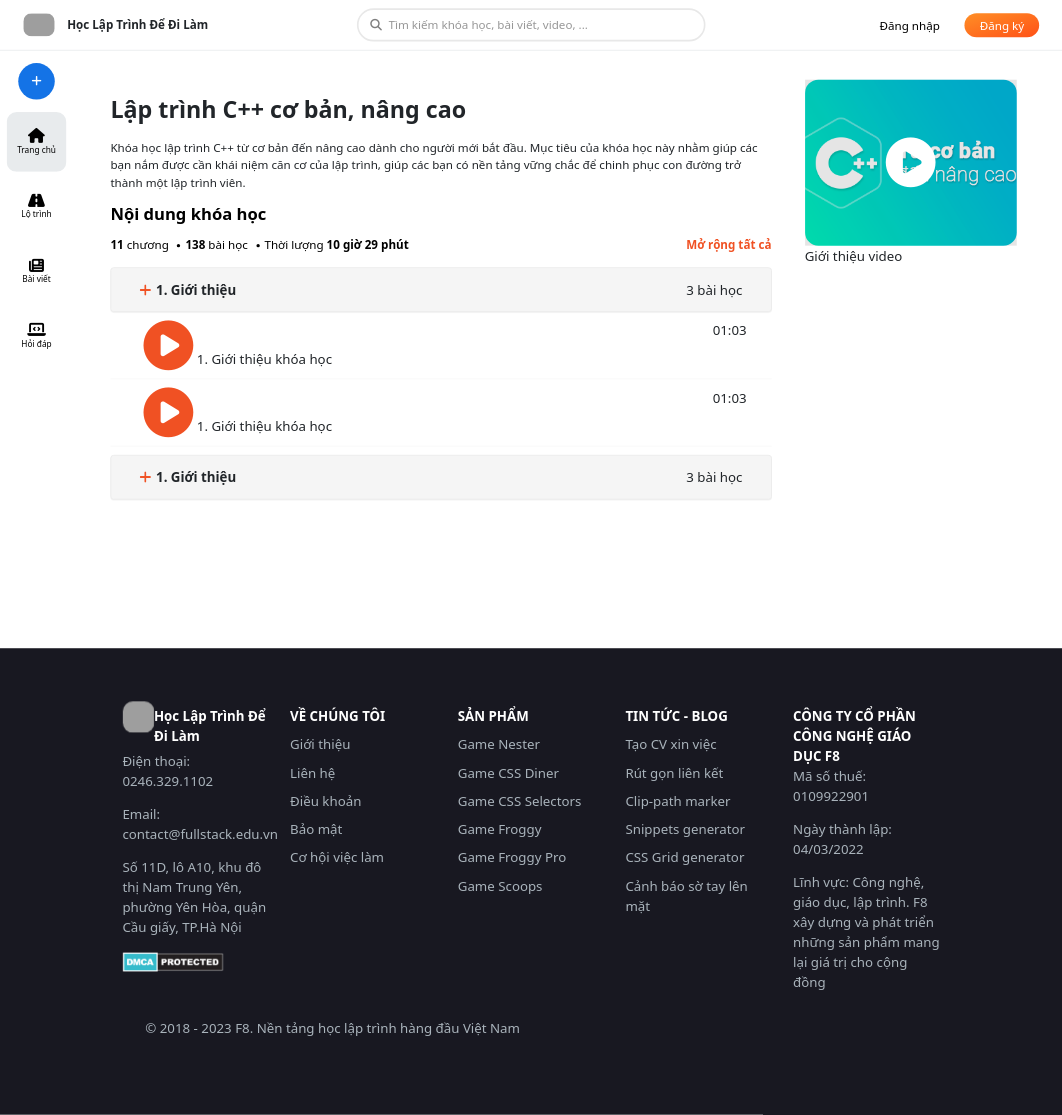
Repository: Quoc-Thang/projectasm
Page: introcourse.html
These files come from the project's save history. The page is drawn as it stood at one moment and after the next save; the edit follows.
The browser window is 1280 px wide. The pictures show the whole page, at 83% of full size.
Pictures or frames that could not be fetched are drawn as grey boxes. Some web libraries are served in a nearby version.

Above is the page before, as saved 2023-11-30 22:42:17.

### introcourse.html
<!DOCTYPE html>
<html lang="vi">
  <head>
    <meta charset="UTF-8" />
    <meta name="viewport" content="width=device-width, initial-scale=1.0" />
    <title>F8 - Học lập trình để đi làm</title>
    <!-- Preconnect -->
    <link rel="preconnect" href="https://unpkg.com/aos@2.3.1" />
    <link
      rel="preconnect"
      href="https://cdn.jsdelivr.net/npm/bootstrap@5.3.2" />
    <link rel="preconnect" href="https://kit.fontawesome.com" />
    <link rel="preconnect" href="https://fonts.googleapis.com" />
    <link rel="preconnect" href="https://fonts.gstatic.com" crossorigin />

    <!-- AOS -->
    <link href="https://unpkg.com/aos@2.3.1/dist/aos.css" rel="stylesheet" />

    <!-- Bootstrap -->
    <link
      href="https://cdn.jsdelivr.net/npm/bootstrap@5.3.2/dist/css/bootstrap.min.css"
      rel="stylesheet"
      integrity="sha384-T3c6CoIi6uLrA9TneNEoa7RxnatzjcDSCmG1MXxSR1GAsXEV/Dwwykc2MPK8M2HN"
      crossorigin="anonymous" />

    <!-- Google Fonts -->
    <link
      href="https://fonts.googleapis.com/css2?family=Poppins:wght@100;200;300;400&family=Roboto:wght@100;300;400&display=swap"
      rel="stylesheet" />

    <!-- CSS -->
    <link rel="stylesheet" href="./view/assets/css/reset.css" />
    <link rel="stylesheet" href="./view/assets/css/synthetic.css" />
    <link rel="stylesheet" href="./view/assets/css/header.css" />
    <link rel="stylesheet" href="./view/assets/css/nav.css" />
    <link rel="stylesheet" href="./view/assets/css/slider.css" />
    <link rel="stylesheet" href="./view/assets/css/wrappercontent.css" />
    <link rel="stylesheet" href="./view/assets/css/footer.css" />
    <link rel="stylesheet" href="./view/assets/css/introcourse.css">
  </head>

  <body>
    <!-- Content -->
    <div id="wrapper">
      <!-- Header -->
      <header>
        <div class="row wrap-header">
          <!-- Logo Website -->
          <div class="col-4">
            <div class="logo">
              <a href="/">
                <img src="./view/assets/image/Logo.png" alt="Logo Website" />
              </a>
              <h4 class="logoTxt">Học Lập Trình Để Đi Làm</h4>
            </div>
          </div>

          <!-- Search -->
          <div class="col-4">
            <div class="form-search">
              <form action="" method="post">
                <div class="form">
                  <button type="submit">
                    <i class="fa-solid fa-magnifying-glass"></i>
                  </button>
                  <input
                    type="search"
                    placeholder="Tìm kiếm khóa học, bài viết, video, ..."
                    name="searchTxt"
                    id="search-input"
                    autocomplete="off"
                    />
                </div>
              </form>
              <div class="card-search">
                <div class="heading-card-search">
                  <i class="fa-solid fa-magnifying-glass"></i>
                  <span>Kết quả tìm kiếm cho:</span>
                </div>
                <div class="content-card-search">
                  <div class="title-content">
                    <h2>
                      Khóa học
                    </h2>
                    <a href="#">
                      Xem thêm
                    </a>
                  </div>
                  <ul class="main-content" id="apiData">
                    <li>
                      <a href="#">
                        <img src="./view/assets/image/htmlcsszerohero.png" alt="Image course">
                        <span>
                          HTML, CSS từ cơ bản đến nâng cao
                        </span>
                      </a>
                    </li>
                    <li>
                      <a href="#">
                        <img src="./view/assets/image/htmlcsspro.png" alt="Image course">
                        <span>
                          HTML, CSS Pro
                        </span>
                      </a>
                    </li>
                    <li>
                      <a href="#">
                        <img src="./view/assets/image/sass.png" alt="Image course">
                        <span>
                          Ngôn ngữ tiền xử lý sass
                        </span>
                      </a>
                    </li>
                  </ul>
                </div>
              </div>
            </div>
          </div>

          <!-- Account -->
          <div class="col-4">
            <div class="account">
              <div class="login">
                <a class="openLogin" href="javascript:void(0)"> Đăng nhập </a>
              </div>
              <div class="signup">
                <a class="openSignup" href="javascript:void(0)"> Đăng ký </a>
              </div>
            </div>
          </div>
        </div>
      </header>

      <main id="main-content">
        <!-- Sidebar -->
        <nav class="menu-sidebar">
          <div class="sidebar">
            <div id="news-post" onclick="newsPost()">
              <a id="rotate" href="javascript:void(0)">
                <i class="fa-solid fa-plus"></i>
              </a>
              <span id="model-news">Thêm tin tức mới</span>
            </div>
            <ul>
              <li>
                <a class="menu-sidebar active" href="#">
                  <i class="fa-solid fa-house"></i>
                  <span class="txt-menu"> Trang chủ </span>
                </a>
              </li>
              <li>
                <a class="menu-sidebar" href="#">
                  <i class="fa-solid fa-road"></i>
                  <span class="txt-menu"> Lộ trình </span></a
                >
              </li>
              <li>
                <a class="menu-sidebar" href="#">
                  <i class="fa-solid fa-newspaper"></i>
                  <span class="txt-menu"> Bài viết </span></a
                >
              </li>
              <li>
                <a class="menu-sidebar" href="#">
                  <i class="fa-solid fa-laptop-code"></i>
                  <span class="txt-menu"> Hỏi đáp </span></a
                >
              </li>
            </ul>
          </div>
        </nav>

        <!-- Article -->
        <article id="main">

          <!-- Wrapper Content Main -->
          <div class="wrapper-content">
            <div class="intro-course">
              <div class="content-course">
                <div class="heading-course">
                  <h1 class="title-heading-course">
                    Lập trình C++ cơ bản, nâng cao
                  </h1>
                  <p class="desc-course">
                    Khóa học lập trình C++ từ cơ bản đến nâng cao dành cho người mới bắt đầu. Mục tiêu của khóa học này nhằm giúp các bạn nắm được cần khái niệm căn cơ của lập trình, giúp các bạn có nền tảng vững chắc để chinh phục con đường trở thành một lập trình viên.
                  </p>
                </div>
                <div class="main-content-course">
                  <div class="content-course-top">
                    <h2 class="title-course">
                      Nội dung khóa học
                    </h2>
                    <div class="desc-content-course">
                      <ul>
                        <li>
                          <a href="#">
                            <strong>
                              11
                            </strong>
                            chương
                          </a>
                        </li>
                        <li>
                          <a href="#">
                            <strong>
                              138
                            </strong>
                            bài học
                          </a>
                        </li>
                        <li>
                          <a href="#">
                            Thời lượng
                            <strong>
                              10 giờ 29 phút
                            </strong>
                          </a>
                        </li>
                      </ul>
                      <a class="read-more" href="#">
                        Mở rộng tất cả
                      </a>
                    </div>
                  </div>

                    <div class="list-panels-course">
                      <div class="list-panel-course">
                        <div class="panel-left">
                          <div class="icon-panel">
                              <i class="fa-solid fa-plus" style="color: #f05123;"></i>
                              <i class="fa-solid fa-minus" style="color: #f05123;"></i>
                          </div>
                          <span>
                            1. Giới thiệu
                          </span>
                        </div>
                        <div class="panel-right">
                          <span>
                            3 bài học
                          </soan>
                        </div>
                      </div>

                      <!-- List tab panel -->
                      <div class="list-tab-panel">
                        <!-- Tab panel -->
                        <div class="tab-panel">
                          <span class="desc-panel">
                            <i class="fa-solid fa-circle-play" style="color: #f05123;"></i>
                            1. Giới thiệu khóa học
                          </span>
                          <span class="desc-time">
                            01:03
                          </span>
                        </div>

                        <div class="tab-panel">
                          <span class="desc-panel">
                            <i class="fa-solid fa-circle-play" style="color: #f05123;"></i>
                            1. Giới thiệu khóa học
                          </span>
                          <span class="desc-time">
                            01:03
                          </span>
                        </div>
                      </div>
                    </div>

                    <div class="list-panels-course">
                      <div class="list-panel-course">
                        <div class="panel-left">
                          <div class="icon-panel">
                              <i class="fa-solid fa-plus" style="color: #f05123;"></i>
                              <i class="fa-solid fa-minus" style="color: #f05123;"></i>
                          </div>
                          <span>
                            1. Giới thiệu
                          </span>
                        </div>
                        <div class="panel-right">
                          <span>
                            3 bài học
                          </soan>
                        </div>
                      </div>
                    <!-- List tab panel -->
                    <div class="list-tab-panel">
                      <!-- Tab panel -->
                      <div class="tab-panel">
                        <span class="desc-panel">
                          <i class="fa-solid fa-circle-play" style="color: #f05123;"></i>
                          1. Giới thiệu khóa học
                        </span>
                        <span class="desc-time">
                          01:03
                        </span>
                      </div>

                      <div class="tab-panel">
                        <span class="desc-panel">
                          <i class="fa-solid fa-circle-play" style="color: #f05123;"></i>
                          1. Giới thiệu khóa học
                        </span>
                        <span class="desc-time">
                          01:03
                        </span>
                      </div>
                    </div>
                  </div>
                </div>
              </div>
              <div class="intro-video-course">
                <div class="first-intro-video-course">
                  <div class="img-video-course">
                    <div class="icon-play">
                      <i class="fa-solid fa-circle-play" style="color: #fff;"></i>
                    </div>
                  </div>
                  <p class="see-intro-course">Giới thiệu video</p>
                </div>
                <div class="second-intro-video-course"></div>
              </div>
            </div>
          </div>
        </article>
      </main>

      <!-- Footer -->
      <footer>
        <div class="content-footer">
          <!-- Footer top -->
          <div class="footer-top">
            <!-- Slogan -->
            <div class="slogan content-column-footer">
              <div class="footer-slogan title-footer">
                <figure>
                  <img src="./view/assets/image/Logo.png" alt="Logo Website" />
                </figure>
                <figcaption>
                  <span class="txt-slogan"> Học lập trình để đi làm </span>
                </figcaption>
              </div>
              <div class="footer-contact-list">
                <ul>
                  <li>
                    <p>Điện thoại: 0246.329.1102</p>
                  </li>
                  <li>
                    <p>Email: contact@fullstack.edu.vn</p>
                  </li>
                  <li>
                    <p>
                      Số 11D, lô A10, khu đô thị Nam Trung Yên, phường Yên Hòa,
                      quận Cầu giấy, TP.Hà Nội
                    </p>
                  </li>
                </ul>
              </div>
              <div class="footer-protect">
                <figure>
                  <a href="#">
                    <img
                      src="./view/assets/image/dmca.png"
                      alt="DMCA Protect" />
                  </a>
                </figure>
              </div>
            </div>

            <!-- About us -->
            <div class="about content-column-footer">
              <div class="title-footer about-us">
                <span>Về chúng tôi</span>
              </div>
              <nav class="list-about">
                <ul>
                  <li><a href="#">Giới thiệu</a></li>
                  <li><a href="#">Liên hệ</a></li>
                  <li><a href="#">Điều khoản</a></li>
                  <li><a href="#">Bảo mật</a></li>
                  <li><a href="#">Cơ hội việc làm</a></li>
                </ul>
              </nav>
            </div>

            <!-- Products -->
            <div class="product content-column-footer">
              <div class="title-footer product-type">
                <span>Sản phẩm</span>
              </div>
              <nav class="list-product">
                <ul>
                  <li><a href="#">Game Nester</a></li>
                  <li><a href="#">Game CSS Diner</a></li>
                  <li><a href="#">Game CSS Selectors</a></li>
                  <li><a href="#">Game Froggy</a></li>
                  <li><a href="#">Game Froggy Pro</a></li>
                  <li><a href="#">Game Scoops</a></li>
                </ul>
              </nav>
            </div>

            <!-- Tools -->
            <div class="tools content-column-footer">
              <div class="title-footer tools-type">
                <span>Tin tức - Blog</span>
              </div>
              <nav class="list-tools">
                <ul>
                  <li><a href="#">Tạo CV xin việc</a></li>
                  <li><a href="#">Rút gọn liên kết</a></li>
                  <li><a href="#">Clip-path marker</a></li>
                  <li><a href="#">Snippets generator</a></li>
                  <li><a href="#">CSS Grid generator</a></li>
                  <li><a href="#">Cảnh báo sờ tay lên mặt</a></li>
                </ul>
              </nav>
            </div>

            <!-- Company -->
            <div class="company content-column-footer">
              <div class="title-footer company-type">
                <span>Công ty cổ phần công nghệ giáo dục F8</span>
              </div>
              <nav class="list-company">
                <ul>
                  <li>
                    <p href="#">Mã số thuế: <span>0109922901</span></p>
                  </li>
                  <li>
                    <p href="#">Ngày thành lập: <span>04/03/2022</span></p>
                  </li>
                  <li>
                    <p href="#">
                      Lĩnh vực:
                      <span
                        >Công nghệ, giáo dục, lập trình. F8 xây dựng và phát
                        triển những sản phẩm mang lại giá trị cho cộng đồng
                      </span>
                    </p>
                  </li>
                </ul>
              </nav>
            </div>
          </div>

          <!-- Footer bottom -->
          <div class="footer-bottom">
            <div class="copyright">
              <p>© 2018 - 2023 F8. Nền tảng học lập trình hàng đầu Việt Nam</p>
            </div>
            <div class="social-media">
              <!-- <img src="/images/icons/facebook.svg" alt="" />
              <img src="/images/icons/instagram.svg" alt="" />
              <img src="/images/icons/twitter.svg" alt="" />
              <img src="/images/icons/linkedin.svg" alt="" /> -->
            </div>
          </div>
          </div>
        </div>
      </footer>
    </div>
    <!-- Javascript -->
    <script src="./view/assets/javascript/sidebar.js"></script>
    <script src="./view/assets/javascript/introcourse.js"></script>
    <script src="./view/assets/javascript/formsearch.js"></script>
    <script src="./view/assets/javascript/formlogin.js"></script>
    <script src="./view/assets/javascript/formsignup.js"></script>

    <!-- Font Awesome -->
    <script
      src="https://kit.fontawesome.com/3e006365dd.js"
      crossorigin="anonymous"></script>

    <!-- Bootstrap -->
    <script
      src="https://cdn.jsdelivr.net/npm/bootstrap@5.3.2/dist/js/bootstrap.bundle.min.js"
      integrity="sha384-C6RzsynM9kWDrMNeT87bh95OGNyZPhcTNXj1NW7RuBCsyN/o0jlpcV8Qyq46cDfL"
      crossorigin="anonymous"></script>

    <!-- AOS -->
    <script src="https://unpkg.com/aos@2.3.1/dist/aos.js"></script>
    <script>
      AOS.init();
    </script>
  </body>
</html>

### view/assets/css/synthetic.css
:root {
  --system-ui: system-ui, "Segoe UI", Roboto, Helvetica, Arial, sans-serif,
    "Apple Color Emoji", "Segoe UI Emoji", "Segoe UI Symbol";
  --font-code: "SF Mono", monospace;
}

html,
body {
  min-height: 100% !important;
  height: 100%;
}

body {
  font-family: var(--system-ui);
  scroll-behavior: smooth;
  overflow-x: hidden;
}

main {
  display: flex;
}

#main {
  display: flex;
  flex-direction: column;
}

article {
  display: flex;
  min-width: 100vh;
}

#wrapper {
  width: 100%;
}

/* width */
::-webkit-scrollbar {
  width: 8px;
}

/* Track */
::-webkit-scrollbar-track {
  box-shadow: inset 0 0 5px grey;
  /* border-radius: 8px; */
}

/* Handle */
::-webkit-scrollbar-thumb {
  background: #a9a9a9;
  border-radius: 4px;
}

/* Handle on hover */
::-webkit-scrollbar-thumb:hover {
  background: #a9a9a9;
}

ul {
  list-style-type: none;
  margin: 0;
  padding: 0;
}

a {
  text-decoration: none;
}

### view/assets/css/introcourse.css
:root {
  --primary-color: #f05123;
  --background-color: #fff;
  --border-bottom: #e8ebed;
  --border-color: #1473e6;
  --background-hover: #f5f5f5;
  --border: #e8e8e8;
  --color-txt: #000;
  --background-color-menu: #f0f0f0;
}

.intro-course {
  display: flex;
  flex-direction: row;
}

.content-course {
  padding: 0 30px 0 0;
  width: 75%;
}

.title-heading-course {
  font-weight: 700;
  font-size: 28px;
}

.desc-course {
  font-size: 14px;
}

.list-panels-course {
  margin-bottom: 10px;
}

.title-course {
  font-size: 20px;
  font-weight: 700;
}

.desc-content-course {
  display: flex;
  gap: 20px;
  align-items: center;
  justify-content: space-between;
  margin-bottom: 16px;
}

.desc-content-course ul {
  display: flex;
  gap: 20px;
}

.desc-content-course ul li {
  position: relative;
}

.desc-content-course ul li:not(:last-child):after {
  content: "";
  position: absolute;
  border-radius: 50%;
  height: 4px;
  width: 4px;
  background-color: var(--color-txt);
  top: 50%;
  margin-left: 10px;
}

.desc-content-course a {
  color: var(--color-txt);
  font-size: 14px;
}

.read-more {
  color: var(--primary-color) !important;
  font-weight: 600;
  margin-right: 0;
}

.list-panel-course,
.panel-left {
  display: flex;
  gap: 20px;
  cursor: pointer;
}

.panel-left span {
  font-weight: 600;
}

.list-panel-course {
  justify-content: space-between;
  background-color: var(--background-hover);
  padding: 14px 34px;
  border-radius: 4px;
  box-shadow: 0 1px 1px rgba(0, 0, 0, 0.05);
  border: 1px solid #ebebeb;
  position: sticky;
  top: 0;
}

.icon-panel {
  position: relative;
}

.fa-plus,
.fa-minus {
  position: absolute;
  top: 50%;
  transform: translateY(-50%);
}

.list-tab-panel {
  width: 100%;
  height: 100%;
  /* display: flex; */
  /* flex-direction: column; */
  display: none;
}

.tab-panel {
  display: flex;
  justify-content: space-between;
  border: 1px solid #00000008;
  border-right: 0;
  border-top: 0;
  border-left: 0;
  padding: 10px 30px 10px 40px;
}

.fa-play {
  background-color: var(--primary-color);
  height: 14px;
  width: 14px;
  border-radius: 50%;
}

.play-video {
  font-size: 60px;
}

.intro-video-course {
  width: 25%;
  display: flex;
  justify-content: center;
}

.first-intro-video-course {
  width: calc(100% - 20px);
}

.img-video-course {
  background-image: url("/view/assets/image/cppcobannangcao.png");
  background-position: center;
  background-origin: content-box;
  background-size: cover;
  background-repeat: no-repeat;
  width: 100%;
  height: 200px;
  display: flex;
  justify-content: center;
  align-items: center;
  border-radius: 16px;
}

.icon-play {
  background-color: rgba(0, 0, 0, 0.1);
  height: 100%;
  width: 100%;
  display: flex;
  justify-content: center;
  align-items: center;
}

.fa-circle-play {
  font-size: 60px;
}

Loaded but not shown: view/assets/css/reset.css (common file); view/assets/javascript/formsignup.js (252 lines, source omitted); view/assets/javascript/formlogin.js (244 lines, source omitted); view/assets/javascript/introcourse.js (40 lines, source omitted); view/assets/javascript/sidebar.js (29 lines, source omitted); view/assets/javascript/formsearch.js (20 lines, source omitted); view/assets/css/slider.css (230 lines, source omitted); view/assets/css/wrappercontent.css (239 lines, source omitted); view/assets/css/nav.css (142 lines, source omitted); view/assets/css/header.css (164 lines, source omitted); view/assets/css/footer.css (90 lines, source omitted)

After the next save:
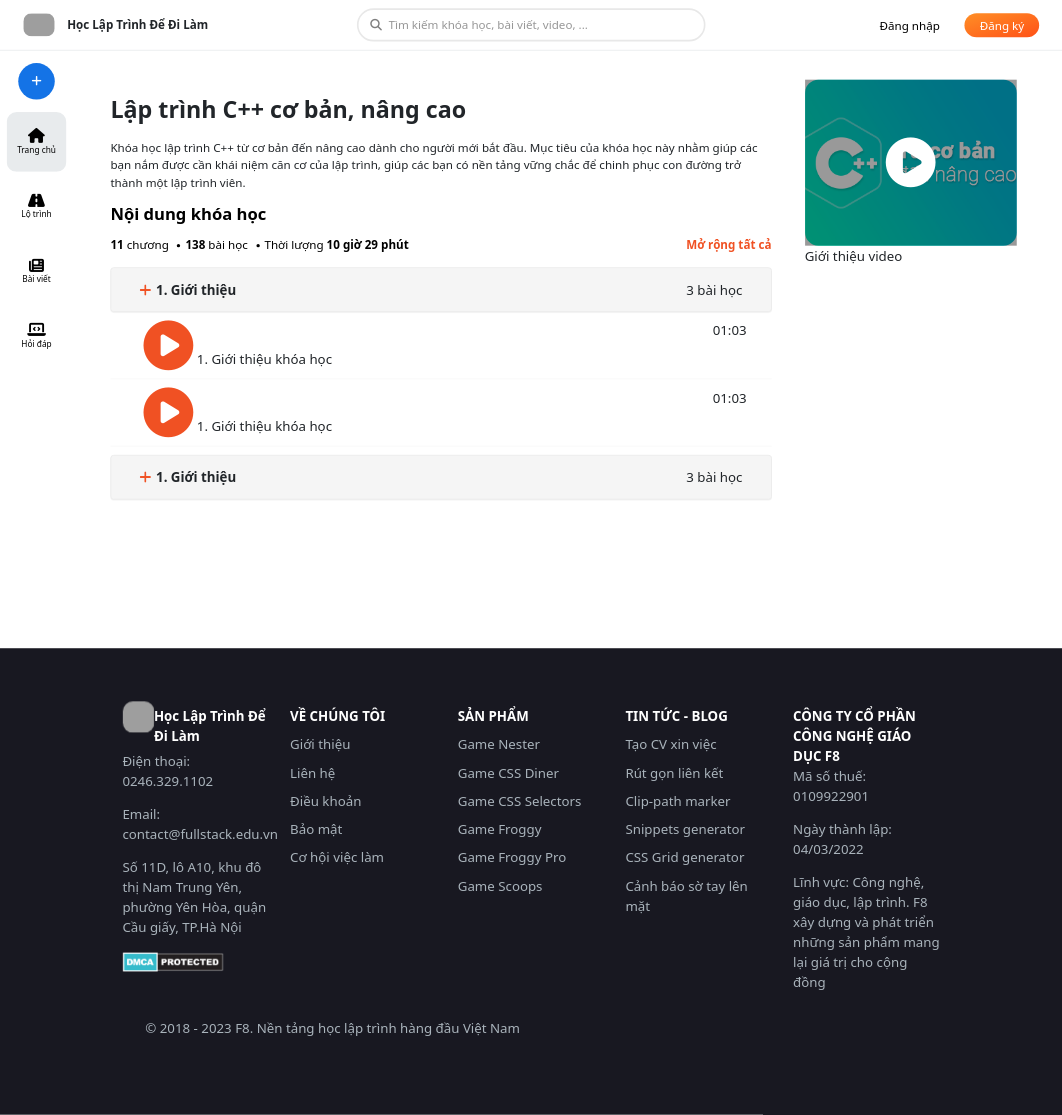
Saved 9 s later.
--- a/view/assets/css/introcourse.css
+++ b/view/assets/css/introcourse.css
@@ -163,7 +163,7 @@
 }
 
 .icon-play {
-  background-color: rgba(0, 0, 0, 0.1);
+  background-color: rgba(0, 0, 0, 0.4);
   height: 100%;
   width: 100%;
   display: flex;
